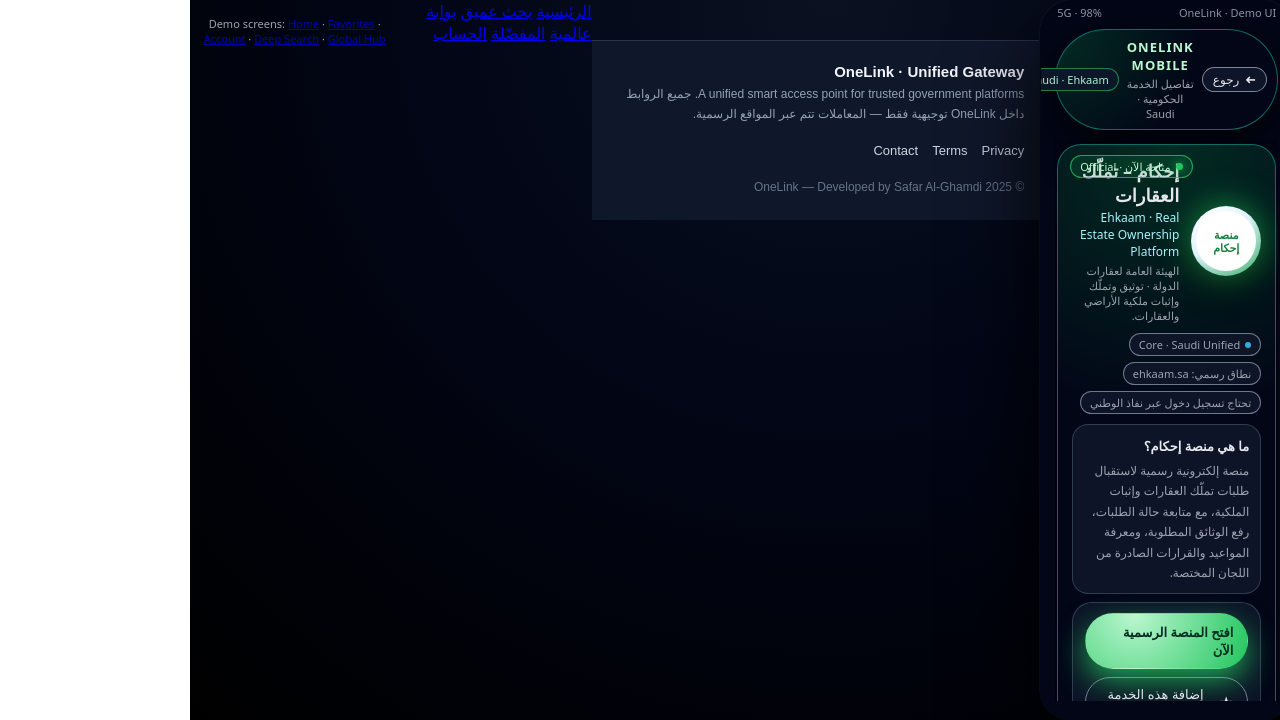
Repository: seesafar/GovLinksApp
Page: docs/app-ui/app-service-ehkaam.html
An editor plug-in stored every save of this project. The page is shown before and after a run of saves, followed by the edit.
The browser window is 1280 px wide. The pictures show the whole page.

Above is the page before, as saved 2025-12-01 04:09:53.

### docs/app-ui/app-service-ehkaam.html
<!DOCTYPE html>
<html lang="ar" dir="rtl">
<head>
  <meta charset="UTF-8" />
  <title>OneLink Mobile · تفاصيل خدمة إحكام</title>
  <meta name="viewport" content="width=device-width, initial-scale=1.0" />

  <style>
    :root {
      --bg-main: #020617;
      --panel-bg: rgba(15, 23, 42, 0.98);
      --panel-soft: rgba(15, 23, 42, 0.85);
      --accent: #22c55e;
      --accent-soft: rgba(34, 197, 94, 0.16);
      --text-main: #e5e7eb;
      --text-muted: #9ca3af;
      --border-soft: rgba(51, 65, 85, 0.9);
      --danger: #f97373;
    }

    * {
      box-sizing: border-box;
      margin: 0;
      padding: 0;
    }

    body {
      min-height: 100vh;
      display: flex;
      justify-content: center;
      align-items: stretch;
      background:
        radial-gradient(circle at top, #0b1120 0, var(--bg-main) 40%, #000 100%);
      font-family: system-ui, -apple-system, "Segoe UI", sans-serif;
      color: var(--text-main);
    }

    .phone-frame {
      width: 430px;
      max-width: 100%;
      height: 100vh;
      max-height: 920px;
      border-radius: 32px;
      border: 1px solid #020617;
      box-shadow:
        0 40px 90px rgba(0, 0, 0, 0.9),
        0 0 0 1px rgba(15, 23, 42, 0.9);
      overflow: hidden;
      background: linear-gradient(180deg, #020617 0%, #020617 100%);
      position: relative;
    }

    .status-bar {
      height: 18px;
      padding: 8px 16px 4px;
      display: flex;
      align-items: center;
      justify-content: space-between;
      font-size: 11px;
      color: var(--text-muted);
      opacity: 0.9;
    }

    .app-shell {
      padding: 10px 14px 14px;
      height: calc(100% - 22px);
      display: flex;
      flex-direction: column;
      gap: 10px;
    }

    /* Header */
    .app-header {
      display: flex;
      align-items: center;
      justify-content: space-between;
      gap: 8px;
      padding: 8px 10px;
      border-radius: 999px;
      background: radial-gradient(circle at top left, #022c22, #020617 60%);
      border: 1px solid rgba(15, 118, 110, 0.9);
      box-shadow: 0 15px 45px rgba(0, 0, 0, 0.8);
    }

    .back-chip {
      display: inline-flex;
      align-items: center;
      gap: 6px;
      padding: 4px 10px;
      border-radius: 999px;
      border: 1px solid rgba(148, 163, 184, 0.8);
      background: rgba(15, 23, 42, 0.95);
      font-size: 12px;
      color: var(--text-main);
      cursor: pointer;
    }

    .back-chip span.icon {
      font-size: 13px;
      transform: scaleX(-1);
    }

    .app-title {
      display: flex;
      flex-direction: column;
      gap: 2px;
      text-align: center;
      flex: 1;
    }

    .app-title span.main {
      font-size: 13px;
      font-weight: 600;
      letter-spacing: 0.08em;
      text-transform: uppercase;
      color: #bbf7d0;
    }

    .app-title span.sub {
      font-size: 11px;
      color: var(--text-muted);
    }

    .app-region-pill {
      font-size: 11px;
      padding: 3px 9px;
      border-radius: 999px;
      background: rgba(15, 23, 42, 0.96);
      border: 1px solid rgba(34, 197, 94, 0.6);
      color: #a7f3d0;
      white-space: nowrap;
    }

    /* Content scroll */
    .content-scroll {
      flex: 1;
      overflow-y: auto;
      padding: 4px 2px 4px;
      display: flex;
      flex-direction: column;
      gap: 12px;
    }

    /* Service hero */
    .service-hero {
      border-radius: 24px;
      padding: 14px 14px 12px;
      background: radial-gradient(circle at top, #022c22 0, #020617 40%, #020617 100%);
      border: 1px solid rgba(15, 118, 110, 0.9);
      box-shadow: 0 26px 60px rgba(0, 0, 0, 0.95);
      position: relative;
    }

    .service-top {
      display: flex;
      gap: 12px;
      align-items: center;
    }

    .service-logo-wrap {
      width: 70px;
      height: 70px;
      border-radius: 999px;
      background: radial-gradient(circle at 28% 18%, #ffffff, #e0f2fe, #16a34a);
      display: flex;
      align-items: center;
      justify-content: center;
      box-shadow:
        0 0 35px rgba(34, 197, 94, 0.75),
        0 12px 30px rgba(0, 0, 0, 0.9);
      flex-shrink: 0;
    }

    .service-logo-inner {
      width: 60px;
      height: 60px;
      border-radius: 999px;
      background: #ffffff;
      display: flex;
      align-items: center;
      justify-content: center;
      font-size: 11px;
      color: #15803d;
      text-align: center;
      font-weight: 700;
      line-height: 1.2;
    }

    .service-main-title {
      flex: 1;
    }

    .service-main-title h1 {
      font-size: 18px;
      margin-bottom: 2px;
    }

    .service-main-title .service-en {
      font-size: 12px;
      color: #a5f3fc;
      margin-bottom: 3px;
    }

    .service-main-title .service-meta {
      font-size: 11px;
      color: var(--text-muted);
    }

    .service-status-chip {
      position: absolute;
      top: 10px;
      left: 12px;
      padding: 3px 9px;
      border-radius: 999px;
      font-size: 11px;
      background: rgba(22, 163, 74, 0.15);
      border: 1px solid rgba(34, 197, 94, 0.8);
      color: #bbf7d0;
      display: inline-flex;
      gap: 5px;
      align-items: center;
    }

    .service-status-chip span.dot {
      width: 7px;
      height: 7px;
      border-radius: 999px;
      background: #22c55e;
      box-shadow: 0 0 10px rgba(34, 197, 94, 1);
    }

    /* Badges row */
    .badge-row {
      margin-top: 10px;
      display: flex;
      flex-wrap: wrap;
      gap: 6px;
      font-size: 11px;
    }

    .info-badge {
      padding: 3px 9px;
      border-radius: 999px;
      border: 1px solid rgba(148, 163, 184, 0.7);
      background: rgba(15, 23, 42, 0.9);
      color: var(--text-muted);
      display: inline-flex;
      align-items: center;
      gap: 5px;
    }

    .info-badge span.dot {
      width: 6px;
      height: 6px;
      border-radius: 999px;
      background: rgba(56, 189, 248, 0.9);
    }

    /* Description card */
    .description-card {
      margin-top: 10px;
      padding: 10px 11px;
      border-radius: 16px;
      background: rgba(15, 23, 42, 0.9);
      border: 1px solid rgba(51, 65, 85, 0.9);
      font-size: 12px;
      color: var(--text-main);
      line-height: 1.7;
    }

    .description-card h2 {
      font-size: 13px;
      margin-bottom: 4px;
    }

    .description-card p {
      font-size: 12px;
      color: var(--text-muted);
    }

    /* Buttons block */
    .actions-card {
      margin-top: 8px;
      border-radius: 20px;
      background: var(--panel-soft);
      border: 1px solid var(--border-soft);
      padding: 10px 12px;
      display: flex;
      flex-direction: column;
      gap: 8px;
    }

    .primary-btn,
    .secondary-btn {
      width: 100%;
      border-radius: 999px;
      border: 1px solid transparent;
      padding: 9px 14px;
      font-size: 13px;
      display: inline-flex;
      align-items: center;
      justify-content: center;
      gap: 8px;
      cursor: pointer;
      text-decoration: none;
      transition: all 0.15s ease-out;
    }

    .primary-btn {
      background: radial-gradient(circle at 30% 0%, #bbf7d0, #22c55e);
      color: #022c22;
      font-weight: 700;
      box-shadow:
        0 12px 30px rgba(34, 197, 94, 0.8),
        0 0 0 1px rgba(15, 23, 42, 0.8);
    }

    .primary-btn:hover {
      transform: translateY(-1px);
      box-shadow:
        0 16px 40px rgba(34, 197, 94, 0.95),
        0 0 0 1px rgba(15, 23, 42, 0.9);
    }

    .secondary-btn {
      background: transparent;
      color: var(--text-main);
      border-color: rgba(148, 163, 184, 0.75);
      font-weight: 500;
    }

    .secondary-btn span.icon {
      font-size: 16px;
    }

    .secondary-btn:hover {
      background: rgba(15, 23, 42, 0.9);
    }

    .mini-note {
      font-size: 10.5px;
      color: var(--text-muted);
      text-align: center;
      margin-top: 4px;
    }

    /* Extra info card */
    .extra-card {
      border-radius: 18px;
      padding: 10px 11px;
      background: rgba(15, 23, 42, 0.96);
      border: 1px solid rgba(55, 65, 81, 1);
      font-size: 11px;
      color: var(--text-muted);
      line-height: 1.6;
    }

    .extra-card strong {
      color: #bfdbfe;
    }

    /* Dots at bottom (pager) */
    .pager-dots {
      display: flex;
      justify-content: center;
      gap: 6px;
      margin-top: 6px;
    }

    .pager-dot {
      width: 5px;
      height: 5px;
      border-radius: 999px;
      background: #1f2937;
    }

    .pager-dot.active {
      width: 16px;
      background: var(--accent);
      box-shadow: 0 0 12px rgba(34, 197, 94, 0.9);
    }
  </style>
</head>
<body>
    <body>
  <div data-include="../core/layout/header.html"></div>
  <div class="phone-frame">
    <div class="status-bar">
      <span>OneLink · Demo UI</span>
      <span>5G · 98%</span>
    </div>

    <div class="app-shell">
      <!-- Header -->
      <header class="app-header">
        <button class="back-chip" type="button" onclick="history.back()">
          <span class="icon">➜</span>
          <span>رجوع</span>
        </button>

        <div class="app-title">
          <span class="main">ONELINK MOBILE</span>
          <span class="sub">تفاصيل الخدمة الحكومية · Saudi</span>
        </div>

        <div class="app-region-pill">
          🇸🇦 Saudi · Ehkaam
        </div>
      </header>

      <!-- Scrollable content -->
      <div class="content-scroll">
        <!-- Service hero -->
        <section class="service-hero">
          <div class="service-status-chip">
            <span class="dot"></span>
            <span>متاحة الآن · Official</span>
          </div>

          <div class="service-top">
            <div class="service-logo-wrap">
              <div class="service-logo-inner">
                منصة<br>إحكام
              </div>
            </div>

            <div class="service-main-title">
              <h1>إحكام – تملّك العقارات</h1>
              <div class="service-en">Ehkaam · Real Estate Ownership Platform</div>
              <div class="service-meta">
                الهيئة العامة لعقارات الدولة · توثيق وتملّك وإثبات ملكية الأراضي والعقارات.
              </div>
            </div>
          </div>

          <div class="badge-row">
            <div class="info-badge">
              <span class="dot"></span>
              Core · Saudi Unified
            </div>
            <div class="info-badge">
              نطاق رسمي: ehkaam.sa
            </div>
            <div class="info-badge">
              تحتاج تسجيل دخول عبر نفاذ الوطني
            </div>
          </div>

          <div class="description-card">
            <h2>ما هي منصة إحكام؟</h2>
            <p>
              منصة إلكترونية رسمية لاستقبال طلبات تملّك العقارات وإثبات الملكية،
              مع متابعة حالة الطلبات، رفع الوثائق المطلوبة، ومعرفة المواعيد والقرارات
              الصادرة من اللجان المختصة.
            </p>
          </div>

          <div class="actions-card">
            <a
              class="primary-btn"
              href="https://ehkaam.sa"
              target="_blank"
              rel="noopener"
            >
              افتح المنصة الرسمية الآن
            </a>

            <button class="secondary-btn" type="button">
              <span class="icon">★</span>
              إضافة هذه الخدمة إلى المفضّلة
            </button>

            <p class="mini-note">
              يتم فتح موقع إحكام في تبويب مستقل في المتصفح. OneLink لا يطلب منك أي
              بيانات دخول أو كلمة مرور داخل التطبيق.
            </p>
          </div>
        </section>

        <!-- Extra info -->
        <section class="extra-card">
          <p>
            <strong>تلميح استخدام سريع:</strong><br />
            احفظ روابط الخدمات التي تزورها كثيراً داخل تبويب
            <strong>Global Links</strong> أو مفضّلة السعودية،
            بحيث تقدر تفتح إحكام وأبشر وناجز وغيرها من مكان واحد بدون بحث كل مرة.
          </p>
          <p style="margin-top:6px;">
            عند وجود أي تحديث في رابط إحكام الرسمي، يمكن تحديثه مركزياً داخل OneLink
            بدون الحاجة لتعديل التطبيق بالكامل.
          </p>
        </section>

        <div class="pager-dots">
          <div class="pager-dot"></div>
          <div class="pager-dot active"></div>
          <div class="pager-dot"></div>
        </div>
      </div>
    </div>
  </div>
    <div data-include="../core/layout/footer.html"></div>
  <script src="../core/js/include.js"></script>
</body>
</html>
<nav class="app-nav">
  <a href="app-home-global.html" class="active">الرئيسية</a>
  <a href="app-deep-search.html">بحث عميق</a>
  <a href="app-global-hub.html">بوابة عالمية</a>
  <a href="app-favorites-global.html">المفضّلة</a>
  <a href="app-account.html">الحساب</a>
</nav>
</body>
</html>
<div style="text-align:center; margin: 16px 0; font-size: 11px; opacity: .7;">
  Demo screens:
  <a href="app-home-global.html">Home</a> ·
  <a href="app-favorites-global.html">Favorites</a> ·
  <a href="app-account.html">Account</a> ·
  <a href="app-deep-search.html">Deep Search</a> ·
  <a href="app-global-hub.html">Global Hub</a>
</div>

### core/i18n/include.js
// include.js
// =======================
// Universal Header & Footer Loader
// For OneLink (Saudi - Egypt - China - EN)
// =======================

async function includeHTML() {

  const elements = document.querySelectorAll("[data-include]");

  for (const el of elements) {
    const file = el.getAttribute("data-include");

    try {
      const response = await fetch(file);

      if (!response.ok) {
        el.innerHTML = `<div style="color:red">Error loading: ${file}</div>`;
        continue;
      }

      const html = await response.text();
      el.innerHTML = html;
    } catch (err) {
      el.innerHTML = `<div style="color:red">Include failed: ${file}</div>`;
    }
  }
}

// Run on page load
document.addEventListener("DOMContentLoaded", includeHTML);

### core/i18n/header.html
<header class="ol-docs-header">
  <div class="ol-docs-header-inner">
    <!-- الشعار + اسم OneLink -->
    <a href="index-en.html" class="ol-docs-brand">
      <div class="ol-docs-logo-circle">OL</div>
      <div class="ol-docs-brand-text">
        <span class="ol-docs-brand-title">OneLink</span>
        <span class="ol-docs-brand-sub">Unified Government Services</span>
      </div>
    </a>

    <!-- روابط التنقّل الرئيسية -->
    <nav class="ol-docs-nav">
      <a href="index-en.html">Home</a>
      <a href="about-en.html">About OneLink</a>
      <a href="services-sa.html">Saudi</a>
      <a href="services-egypt.html">Egypt</a>
      <a href="services-china.html">China</a>
    </nav>

    <!-- التحويل بين AR / EN للـ docs -->
    <div class="ol-docs-lang">
      <a href="index-ar.html">العربية</a>
      <span class="ol-docs-lang-sep">·</span>
      <a href="index-en.html" class="is-active">EN</a>
    </div>
  </div>
</header>

### core/i18n/footer.html
<footer class="onelink-footer">
  <div class="footer-inner">

    <div class="footer-left">
      <h3 class="footer-title">OneLink · Unified Gateway</h3>
      <p class="footer-desc">
        A unified smart access point for trusted government platforms.
        جميع الروابط داخل OneLink توجيهية فقط — المعاملات تتم عبر المواقع الرسمية.
      </p>
    </div>

    <div class="footer-links">
      <a href="#">Privacy</a>
      <a href="#">Terms</a>
      <a href="#">Contact</a>
    </div>

    <div class="footer-copy">
      © 2025 OneLink — Developed by Safar Al-Ghamdi
    </div>

  </div>
</footer>

<style>
  .onelink-footer {
    background: #0f172a;
    border-top: 1px solid rgba(148, 163, 184, 0.2);
    padding: 22px 0 26px;
    margin-top: 40px;
    color: #cbd5e1;
    font-family: "Cairo", sans-serif;
  }

  .footer-inner {
    max-width: 1100px;
    margin: 0 auto;
    padding: 0 16px;
    display: flex;
    flex-direction: column;
    gap: 18px;
  }

  .footer-title {
    font-size: 15px;
    font-weight: 700;
    margin-bottom: 4px;
    color: #f1f5f9;
  }

  .footer-desc {
    font-size: 12px;
    color: #94a3b8;
    line-height: 1.7;
  }

  .footer-links {
    display: flex;
    gap: 14px;
    font-size: 13px;
  }

  .footer-links a {
    color: #cbd5e1;
    text-decoration: none;
  }

  .footer-links a:hover {
    color: #38bdf8;
  }

  .footer-copy {
    font-size: 12px;
    color: #64748b;
    margin-top: 4px;
  }
</style>

After the next 4 saves:
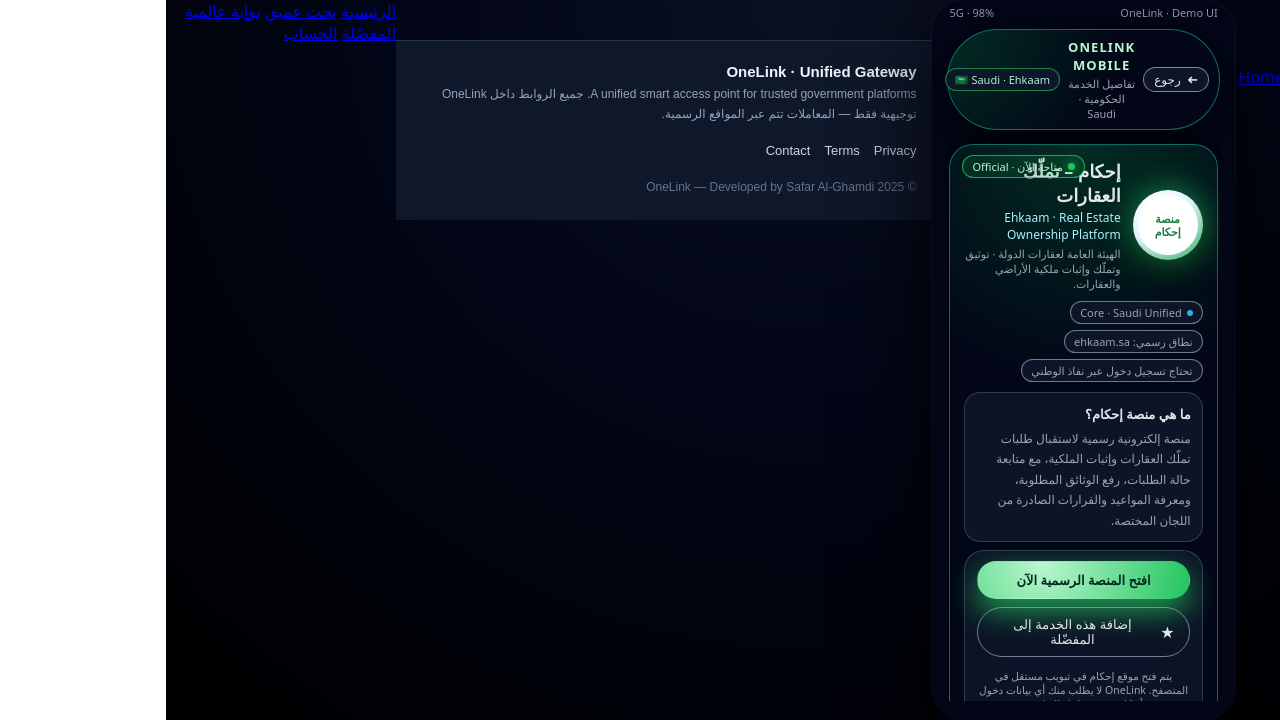
The 4 saves are shown as one change because they came seconds apart.
The last was saved 14 s later.
--- a/docs/app-ui/app-service-ehkaam.html
+++ b/docs/app-ui/app-service-ehkaam.html
@@ -510,13 +510,14 @@
   <a href="app-favorites-global.html">المفضّلة</a>
   <a href="app-account.html">الحساب</a>
 </nav>
+<!--
+<nav class="app-nav">
+  <a href="app-home-global.html" class="active">الرئيسية</a>
+  <a href="app-deep-search.html">بحث عميق</a>
+  <a href="app-global-hub.html">بوابة عالمية</a>
+  <a href="app-favorites-global.html">المفضلة</a>
+  <a href="app-account.html">الحساب</a>
+</nav>
+-->
 </body>
 </html>
-<div style="text-align:center; margin: 16px 0; font-size: 11px; opacity: .7;">
-  Demo screens:
-  <a href="app-home-global.html">Home</a> ·
-  <a href="app-favorites-global.html">Favorites</a> ·
-  <a href="app-account.html">Account</a> ·
-  <a href="app-deep-search.html">Deep Search</a> ·
-  <a href="app-global-hub.html">Global Hub</a>
-</div>
